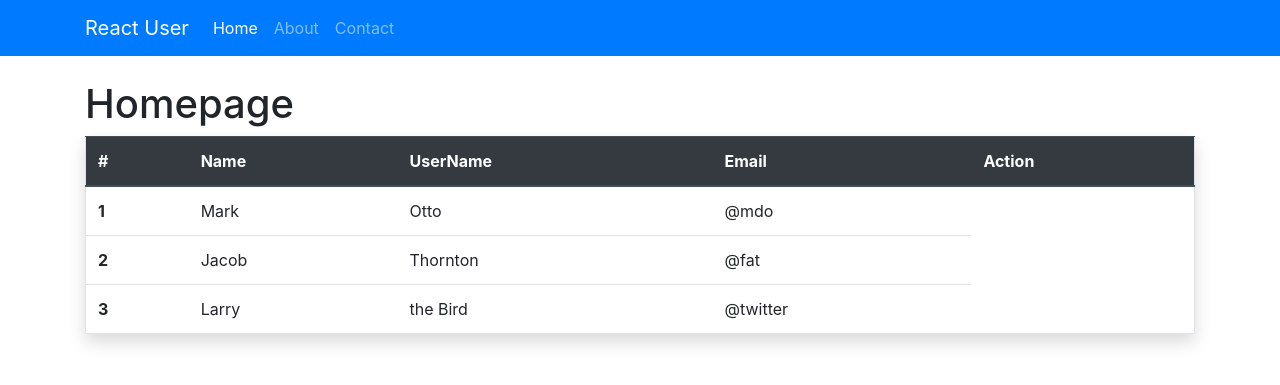
Repository: hardik2626/reactcrud2020
Page: /
An editor plug-in stored every save of this project. The page is shown before and after the next save, followed by the edit.
The browser window is 1280 px wide. The pictures show the whole page.
The project was rebuilt for these pictures with package versions that can differ from the ones it lists, and the page was loaded fresh each time. Also part of the build but not shown: src/index.css, src/App.css, src/component/pages/About.js, src/component/pages/Contact.js, src/component/pages/Notfound.js.

Above is the page before, as saved 2020-10-28 18:52:46.

### src/App.js

import './App.css';
import '../node_modules/bootstrap/dist/css/bootstrap.css'
import Home from './component/pages/Home';
import About from './component/pages/About';
import Contact from './component/pages/Contact';
import Navbar from './component/layout/Navbar';
import {BrowserRouter as Router, Route, Switch} from 'react-router-dom'
import Notfound from './component/pages/Notfound';

function App() {
  return (
    <Router>
      <div className="App">
        <Navbar />
        <Switch>
          <Route exact path="/" component={Home} />
          <Route exact path="/about" component={About} />
          <Route exact path="/contact" component={Contact} />
          <Route  component={Notfound} />
        </Switch>
    </div>
    </Router>
  );
}

export default App;

### src/component/pages/Home.js
import axios from 'axios'
import React, { useEffect, useState } from 'react'

const Home = () => {
    const [users, setUsers] = useState([])

    useEffect(() => {

    }, [])

    const loadUsers = async () => {
        const result = await axios.get("http://localhost:3003/users")
        setUsers(result.data)
    }

    return (
        <>
            <div className="container">
                <div className="py-4">
                    <h1>Homepage</h1>
                    <table class="table border shadow">
                        <thead class="thead-dark">
                            <tr>
                            <th scope="col">#</th>
                            <th scope="col">Name</th>
                            <th scope="col">UserName</th>
                            <th scope="col">Email</th>
                            <th>Action</th>
                            </tr>
                        </thead>
                        <tbody>
                            <tr>
                            <th scope="row">1</th>
                            <td>Mark</td>
                            <td>Otto</td>
                            <td>@mdo</td>
                            </tr>
                            <tr>
                            <th scope="row">2</th>
                            <td>Jacob</td>
                            <td>Thornton</td>
                            <td>@fat</td>
                            </tr>
                            <tr>
                            <th scope="row">3</th>
                            <td>Larry</td>
                            <td>the Bird</td>
                            <td>@twitter</td>
                            </tr>
                        </tbody>
                    </table>
                    <axios />
                </div>
            </div>
        </>
    )
}

export default Home

### src/component/layout/Navbar.js
import React from 'react'
import { NavLink } from 'react-router-dom'

const Navbar = () => {
    return (
        <>
            <nav className="navbar navbar-expand-lg navbar-dark  bg-primary">
                <div className="container">
                <NavLink className="navbar-brand" to="/">React User</NavLink>
                    <button className="navbar-toggler" type="button" data-toggle="collapse" data-target="#navbarSupportedContent" aria-controls="navbarSupportedContent" aria-expanded="false" aria-label="Toggle navigation">
                        <span className="navbar-toggler-icon"></span>
                    </button>

                    <div className="collapse navbar-collapse">
                        <ul className="navbar-nav mr-auto">
                        <li className="nav-item">
                            <NavLink className="nav-link" exact to="/">Home</NavLink>
                        </li>
                        <li className="nav-item">
                            <NavLink className="nav-link" exact to="/about">About</NavLink>
                        </li>
                        <li className="nav-item">
                            <NavLink className="nav-link" exact to="/contact">Contact</NavLink>
                        </li>



                        </ul>
                    </div>
                </div>
            </nav>
        </>
    )
}

export default Navbar

Loaded but not shown: public/index.html (common file); src/index.js (common file)

After the next save:
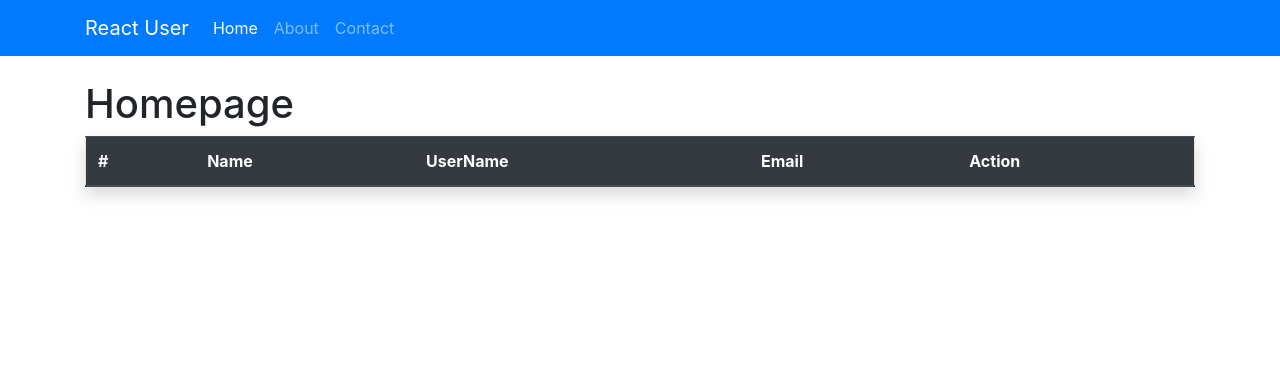
Saved 11 s later.
--- a/src/component/pages/Home.js
+++ b/src/component/pages/Home.js
@@ -29,24 +29,7 @@ const Home = () => {
                             </tr>
                         </thead>
                         <tbody>
-                            <tr>
-                            <th scope="row">1</th>
-                            <td>Mark</td>
-                            <td>Otto</td>
-                            <td>@mdo</td>
-                            </tr>
-                            <tr>
-                            <th scope="row">2</th>
-                            <td>Jacob</td>
-                            <td>Thornton</td>
-                            <td>@fat</td>
-                            </tr>
-                            <tr>
-                            <th scope="row">3</th>
-                            <td>Larry</td>
-                            <td>the Bird</td>
-                            <td>@twitter</td>
-                            </tr>
+
                         </tbody>
                     </table>
                     <axios />
